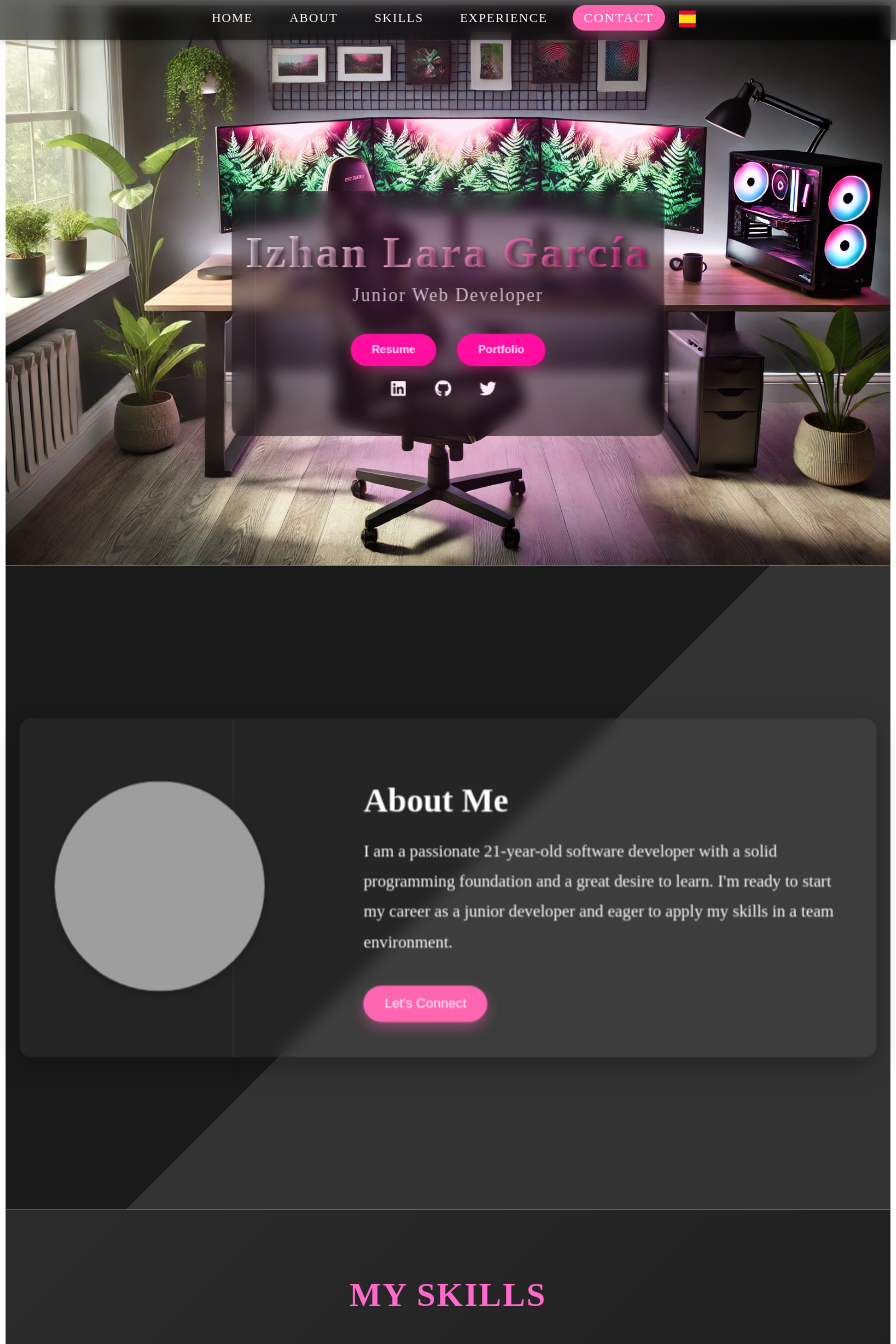
Repository: izhanlaraagarcia/izhanlaraagarcia.github.io
Page: / (app in vite-project/)
The author's editor kept a copy of each file at every save. The page is drawn from the files as they stood at one save, then again after the next save.
The browser window is 1280 px wide. The pictures show the part of the page from y = 0 to 1920 px (the page is 3164 px tall), at 70% of full size.
Pictures or frames that could not be fetched are drawn as grey boxes. The project was rebuilt for these pictures with package versions that can differ from the ones it lists, and the page was loaded fresh each time. Also part of the build but not shown: vite-project/vite.config.js.

Above is the page before, as saved 2024-09-18 12:56:03.

### vite-project/index.html
<!doctype html>
<html lang="en">

<head>
  <meta charset="UTF-8" />
  <link rel="shortcut icon" href="./public/favicon.ico" type="image/x-icon">
  <meta name="viewport" content="width=device-width, initial-scale=1.0" />
  <title>IzzyLG</title>
</head>

<body>
  <div id="root"></div>
  <script type="module" src="/src/main.jsx"></script>
</body>

</html>

### vite-project/src/App.jsx
// App.js
import React, { useState } from 'react';
import HeaderComponent from './components/HeaderComponent';

function App() {
  const [language, setLanguage] = useState('en');

  const toggleLanguage = () => {
    setLanguage(prevLang => (prevLang === 'en' ? 'es' : 'en'));
  };
  return (
    <div className="App">
      <HeaderComponent onLanguageToggle={toggleLanguage} />
    </div>
  );
}

export default App;

### vite-project/src/components/HeaderComponent.jsx
import React, { useState } from 'react';
import { motion } from 'framer-motion';
import { Link } from 'react-scroll';
import { FaLinkedin, FaGithub, FaTwitter } from 'react-icons/fa';
import USFlag from '../assets/us-flag.png';
import ESFlag from '../assets/es-flag.png';

// Componentes para la traduccion
import AboutComponent from './AboutComponent';
import SkillsComponent from './SkillsComponent';
import FooterComponent from './FooterComponent';;

const HeaderComponent = () => {
  const [language, setLanguage] = useState('en');

  const translations = {
    en: {
      name: "Izhan Lara García",
      title: "Junior Web Developer",
      resume: "Resume",
      portfolio: "Portfolio",
      menu: {
        home: "Home",
        about: "About",
        skills: "Skills",
        experience: "Experience",
        contact: "Contact",
      },
      about: {
        title: "About Me",
        description: "I am a passionate web developer with a love for creating dynamic and interactive web experiences. With over 5 years of experience in web development, I specialize in React, JavaScript, and CSS animations. My goal is to craft meaningful and visually stunning websites.",
        skills: "Skills & Expertise",
        skillsList: ["Web Development", "UI/UX Design", "JavaScript", "React", "CSS Animations"],
        button: "Contact Me",
      },
    },
    es: {
      name: "Izhan Lara García",
      title: "Desarrollador Web Junior",
      resume: "Currículum",
      portfolio: "Portafolio",
      menu: {
        home: "Inicio",
        about: "Sobre mí",
        skills: "Habilidades",
        experience: "Experiencia",
        contact: "Contacto",
      },
      about: {
        title: "Sobre Mí",
        description: "Soy un desarrollador web apasionado con amor por crear experiencias web dinámicas e interactivas. Con más de 5 años de experiencia en desarrollo web, me especializo en React, JavaScript y animaciones CSS. Mi objetivo es crear sitios web significativos y visualmente impactantes.",
        skills: "Habilidades & Experiencia",
        skillsList: ["Desarrollo Web", "Diseño UI/UX", "JavaScript", "React", "Animaciones CSS"],
        button: "Contáctame",
      },
    },
  };

  const toggleLanguage = () => {
    setLanguage((prevLang) => (prevLang === 'en' ? 'es' : 'en'));
  };

  return (
    <>
      <header className="header" id="header">
        <nav className="nav">
          <ul className="nav-list">
            <li><Link to="header" smooth={true}>{translations[language].menu.home}</Link></li>
            <li><Link to="about" smooth={true}>{translations[language].menu.about}</Link></li>
            <li><Link to="skills" smooth={true}>{translations[language].menu.skills}</Link></li>
            <li><Link to="experience" smooth={true}>{translations[language].menu.experience}</Link></li>
            <li><Link to="footer" smooth={true} className="contact-btn">{translations[language].menu.contact}</Link></li>

            <li className="lang-btn-wrapper">
              <button className="lang-btn" onClick={toggleLanguage}>
                {language === 'en' ? (
                  <img src={ESFlag} alt="Spanish Flag" className="flag-icon" />
                ) : (
                  <img src={USFlag} alt="US Flag" className="flag-icon" />
                )}
              </button>
            </li>
          </ul>
        </nav>

        <motion.div
          className="header-content"
          initial={{ opacity: 0 }}
          animate={{ opacity: 1 }}
          transition={{ duration: 1.5 }}
        >
          <motion.h1
            className="header-title"
            initial={{ scale: 0, y: -100 }}
            animate={{ scale: [1.2, 1], y: 0 }}
            transition={{ duration: 1, ease: "easeOut" }}
            whileHover={{ scale: 1.05, color: "#f09" }}
          >
            {translations[language].name}
          </motion.h1>

          <p className="header-subtitle">
            {translations[language].title}
          </p>

          <div className="header-buttons">
            <motion.button whileHover={{ scale: 1.1 }} className="btn">
              {translations[language].resume}
            </motion.button>
            <motion.button whileHover={{ scale: 1.1 }} className="btn">
              {translations[language].portfolio}
            </motion.button>
          </div>

          <div className="social-icons">
            <motion.a href="https://linkedin.com" target="_blank" whileHover={{ scale: 1.1 }}><FaLinkedin /></motion.a>
            <motion.a href="https://github.com" target="_blank" whileHover={{ scale: 1.1 }}><FaGithub /></motion.a>
            <motion.a href="https://twitter.com" target="_blank" whileHover={{ scale: 1.1 }}><FaTwitter /></motion.a>
          </div>
        </motion.div>
      </header>

      {/* Pasa el estado de idioma y las traducciones al componente About */}
      <AboutComponent language={language} translations={translations} />
      <SkillsComponent language={language} />
      <FooterComponent language={language} />
    </>
  );
};

export default HeaderComponent;

### vite-project/src/components/AboutComponent.jsx
import React from 'react';
import { motion } from 'framer-motion';

// Variantes de animación para un efecto impresionante
const containerVariants = {
  hidden: { opacity: 0, y: 100 },
  visible: {
    opacity: 1,
    y: 0,
    transition: { duration: 1.2, ease: "easeOut", when: "beforeChildren", staggerChildren: 0.3 }
  },
};

const textVariants = {
  hidden: { opacity: 0, y: 20 },
  visible: { opacity: 1, y: 0, transition: { duration: 1, ease: "easeOut" } }
};

const buttonVariants = {
  hover: {
    scale: 1.1,
    backgroundColor: "#ff66b2",
    transition: { duration: 0.3, yoyo: Infinity }
  }
};

const AboutComponent = ({ language }) => {
  const translations = {
    en: {
      title: "About Me",
      description: "I am a passionate 21-year-old software developer with a solid programming foundation and a great desire to learn. I'm ready to start my career as a junior developer and eager to apply my skills in a team environment.",
      button: "Let's Connect",
    },
    es: {
      title: "Sobre Mí",
      description: "Soy un apasionado desarrollador de software de 21 años con una sólida base en programación y un gran deseo de aprender. Estoy listo para comenzar mi carrera como desarrollador junior y aplicar mis habilidades en un entorno de equipo.",
      button: "Conectemos",
    },
  };

  const t = translations[language] || translations['en'];

  return (
    <section id="about" className="about-section">
      <motion.div
        className="about-content"
        variants={containerVariants}
        initial="hidden"
        animate="visible"
      >
        <motion.div
          className="profile-image-wrapper"
          whileHover={{ scale: 1.05, rotate: 3 }}
          transition={{ duration: 0.6, ease: "easeOut" }}
        >
          <img
            src="https://fiverr-res.cloudinary.com/images/t_main1,q_auto,f_auto,q_auto,f_auto/gigs/343888962/original/6390876df1dceff78be91e8b27e84e33a85e5248/design-animated-discord-pfp-banner-avatar-and-icon.jpg"
            alt="Profile"
            className="profile-image"
          />
        </motion.div>

        <motion.div className="about-text" variants={textVariants}>
          <h2 className="about-title">{t.title}</h2>
          <p className="about-description">{t.description}</p>

          <motion.button
            className="contact-btn"
            variants={buttonVariants}
            whileHover="hover"
          >
            {t.button}
          </motion.button>
        </motion.div>
      </motion.div>
    </section>
  );
};

export default AboutComponent;

### vite-project/src/components/SkillsComponent.jsx
import React from 'react';
import { motion } from 'framer-motion';

const SkillsComponent = ({ language }) => {
  // Traducciones para los títulos y habilidades
  const translations = {
    en: {
      title: 'My Skills',
      skills: [
        { name: 'Problem Solving', level: '90%' },
        { name: 'Communication', level: '85%' },
        { name: 'Work under Pressure', level: '80%' },
        { name: 'Technical Knowledge', level: '75%' },
        { name: 'Continuous Learning', level: '85%' },
        { name: 'Teamwork', level: '80%' },
      ],
    },
    es: {
      title: 'Mis Habilidades',
      skills: [
        { name: 'Resolución de problemas', level: '90%' },
        { name: 'Comunicación', level: '85%' },
        { name: 'Trabajo bajo presión', level: '80%' },
        { name: 'Conocimiento técnico', level: '75%' },
        { name: 'Aprendizaje continuo', level: '85%' },
        { name: 'Trabajo en equipo', level: '80%' },
      ],
    },
  };

  const t = translations[language] || translations.en; // Traducción en función del idioma

  const containerVariants = {
    hidden: { opacity: 0 },
    visible: {
      opacity: 1,
      transition: { staggerChildren: 0.2, delayChildren: 0.5 },
    },
  };

  const barVariants = {
    hidden: { width: '0%' },
    visible: (level) => ({
      width: level,
      transition: { duration: 2, type: 'spring', stiffness: 100 },
    }),
  };

  return (
    <motion.section
      id="skills"
      className="skills full-screen"
      initial="hidden"
      animate="visible"
      variants={containerVariants}
    >
      <motion.h3
        className="skills-title"
        initial={{ scale: 0 }}
        animate={{ scale: 1 }}
        transition={{ type: 'spring', stiffness: 200, duration: 1.5 }}
      >
        {t.title} {/* Título en función del idioma */}
      </motion.h3>

      <div className="skill-bars">
        {t.skills.map((skill, idx) => (
          <div key={idx} className="skill">
            <motion.span
              className="skill-name"
              initial={{ opacity: 0, y: -50 }}
              animate={{ opacity: 1, y: 0 }}
              transition={{ duration: 1, ease: 'easeOut' }}
            >
              {skill.name} {/* Nombre de la habilidad traducida */}
            </motion.span>
            <motion.div
              className="bar"
              custom={skill.level}
              variants={barVariants}
              initial="hidden"
              animate="visible"
            />
          </div>
        ))}
      </div>
    </motion.section>
  );
};

export default SkillsComponent;

### vite-project/src/components/FooterComponent.jsx
import React from 'react';
import { motion } from 'framer-motion';
import { FaEnvelope, FaPhone, FaLinkedin, FaGithub } from 'react-icons/fa';

const FooterComponent = ({ language }) => {
  // Traducciones para el footer
  const translations = {
    en: {
      contactTitle: "Contact Me",
      location: "Izhan Lara García | Palma de Mallorca",
      email: "Email: izhanlara@gmail.com",
      phone: "Phone: +34 672 486 479",
      messageTitle: "Send a Message",
      followTitle: "Follow Me",
    },
    es: {
      contactTitle: "Contáctame",
      location: "Izhan Lara García | Palma de Mallorca",
      email: "Correo Electrónico: izhanlara@gmail.com",
      phone: "Teléfono: +34 672 486 479",
      messageTitle: "Envíame un Mensaje",
      followTitle: "Sígueme",
    },
  };

  const t = translations[language] || translations.en; // Traducción en función del idioma

  return (
    <motion.footer
      id="footer"
      className="footer"
      initial={{ opacity: 0 }}
      whileInView={{ opacity: 1 }}
      transition={{ duration: 1 }}
    >
      <div className="footer-content">
        <div className="contact-info">
          <h3>{t.contactTitle}</h3>
          <p>{t.location}</p>
          <p><FaEnvelope /> {t.email}</p>
          <p><FaPhone /> {t.phone}</p>
        </div>

        <div className="contact-form">
          <h3>{t.messageTitle}</h3>
          <form>
            <input type="text" placeholder={language === 'en' ? "Your Name" : "Tu Nombre"} required />
            <input type="email" placeholder={language === 'en' ? "Your Email" : "Tu Correo Electrónico"} required />
            <textarea placeholder={language === 'en' ? "Your Message" : "Tu Mensaje"} required></textarea>
            <motion.button
              type="submit"
              whileHover={{ scale: 1.05 }}
              transition={{ duration: 0.3 }}
              className="submit-btn"
            >
              {language === 'en' ? "Send" : "Enviar"}
            </motion.button>
          </form>
        </div>

        <div className="social-links">
          <h3>{t.followTitle}</h3>
          <motion.a
            whileHover={{ scale: 1.2 }}
            transition={{ duration: 0.3 }}
            href="https://linkedin.com"
            aria-label="LinkedIn"
          >
            <FaLinkedin />
          </motion.a>
          <motion.a
            whileHover={{ scale: 1.2 }}
            transition={{ duration: 0.3 }}
            href="https://github.com"
            aria-label="GitHub"
          >
            <FaGithub />
          </motion.a>
        </div>
      </div>

      <div className="footer-bottom">
        <p>&copy; {new Date().getFullYear()} Izhan Lara García</p>
      </div>
    </motion.footer>
  );
};

export default FooterComponent;

Loaded but not shown: vite-project/src/main.jsx (common file); vite-project/src/index.css (522 lines, source omitted)

After the next save:
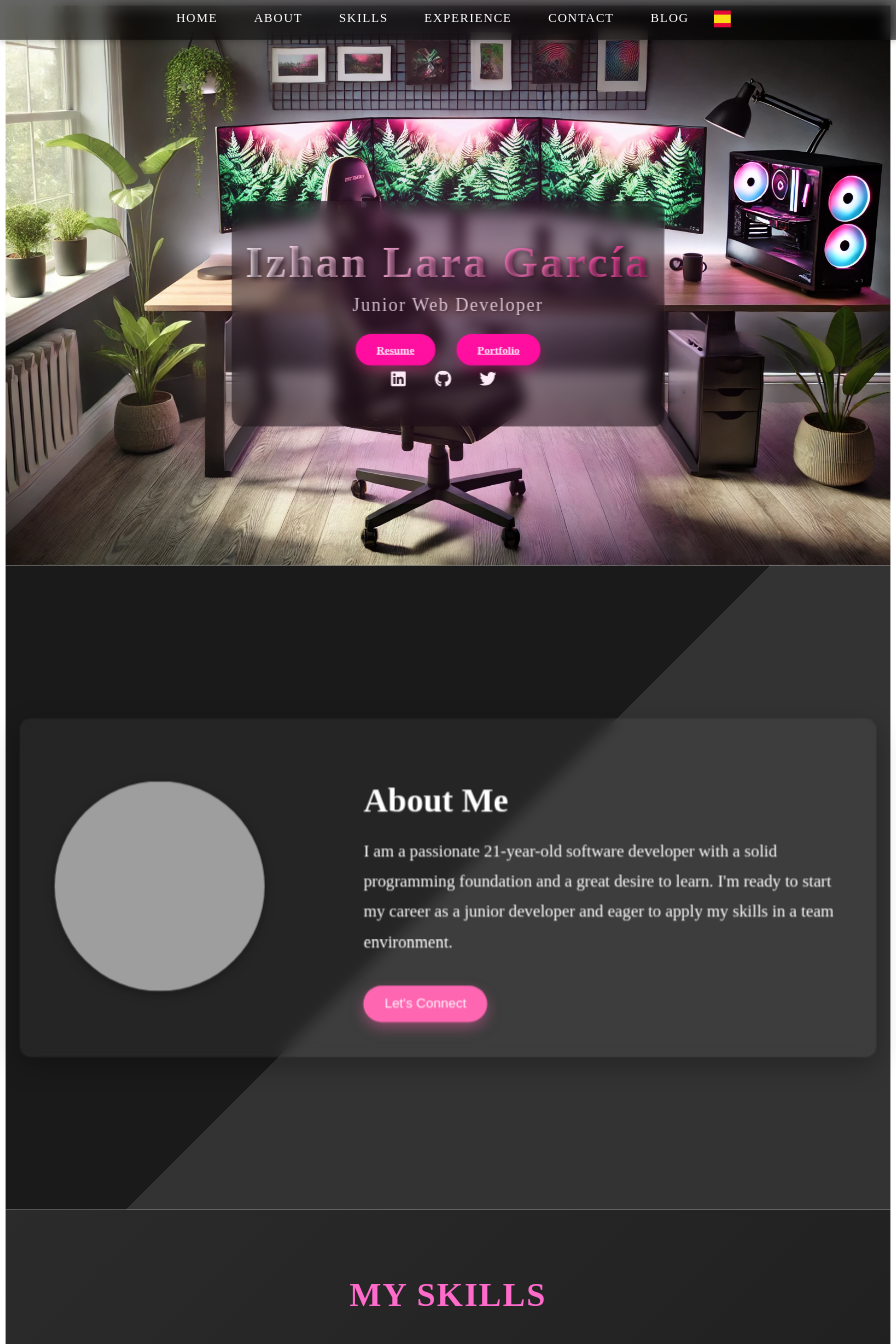
Saved 3 min 49 s later.
--- a/vite-project/src/components/HeaderComponent.jsx
+++ b/vite-project/src/components/HeaderComponent.jsx
@@ -4,11 +4,9 @@ import { Link } from 'react-scroll';
 import { FaLinkedin, FaGithub, FaTwitter } from 'react-icons/fa';
 import USFlag from '../assets/us-flag.png';
 import ESFlag from '../assets/es-flag.png';
-
-// Componentes para la traduccion
 import AboutComponent from './AboutComponent';
 import SkillsComponent from './SkillsComponent';
-import FooterComponent from './FooterComponent';;
+import FooterComponent from './FooterComponent';
 
 const HeaderComponent = () => {
   const [language, setLanguage] = useState('en');
@@ -19,6 +17,7 @@ const HeaderComponent = () => {
       title: "Junior Web Developer",
       resume: "Resume",
       portfolio: "Portfolio",
+      blog: "Blog",
       menu: {
         home: "Home",
         about: "About",
@@ -26,32 +25,19 @@ const HeaderComponent = () => {
         experience: "Experience",
         contact: "Contact",
       },
-      about: {
-        title: "About Me",
-        description: "I am a passionate web developer with a love for creating dynamic and interactive web experiences. With over 5 years of experience in web development, I specialize in React, JavaScript, and CSS animations. My goal is to craft meaningful and visually stunning websites.",
-        skills: "Skills & Expertise",
-        skillsList: ["Web Development", "UI/UX Design", "JavaScript", "React", "CSS Animations"],
-        button: "Contact Me",
-      },
     },
     es: {
       name: "Izhan Lara García",
       title: "Desarrollador Web Junior",
       resume: "Currículum",
       portfolio: "Portafolio",
+      blog: "Blog",
       menu: {
         home: "Inicio",
         about: "Sobre mí",
         skills: "Habilidades",
         experience: "Experiencia",
         contact: "Contacto",
-      },
-      about: {
-        title: "Sobre Mí",
-        description: "Soy un desarrollador web apasionado con amor por crear experiencias web dinámicas e interactivas. Con más de 5 años de experiencia en desarrollo web, me especializo en React, JavaScript y animaciones CSS. Mi objetivo es crear sitios web significativos y visualmente impactantes.",
-        skills: "Habilidades & Experiencia",
-        skillsList: ["Desarrollo Web", "Diseño UI/UX", "JavaScript", "React", "Animaciones CSS"],
-        button: "Contáctame",
       },
     },
   };
@@ -69,8 +55,9 @@ const HeaderComponent = () => {
             <li><Link to="about" smooth={true}>{translations[language].menu.about}</Link></li>
             <li><Link to="skills" smooth={true}>{translations[language].menu.skills}</Link></li>
             <li><Link to="experience" smooth={true}>{translations[language].menu.experience}</Link></li>
-            <li><Link to="footer" smooth={true} className="contact-btn">{translations[language].menu.contact}</Link></li>
-
+            <li><Link to="footer" smooth={true}>{translations[language].menu.contact}</Link></li>
+            {/* Nuevo enlace a la página de Blog */}
+            <li><a href="/blog" target="_blank" rel="noopener noreferrer">{translations[language].blog}</a></li>
             <li className="lang-btn-wrapper">
               <button className="lang-btn" onClick={toggleLanguage}>
                 {language === 'en' ? (
@@ -83,45 +70,71 @@ const HeaderComponent = () => {
           </ul>
         </nav>
 
+        {/* Animaciones suaves y contenido del header */}
         <motion.div
           className="header-content"
-          initial={{ opacity: 0 }}
-          animate={{ opacity: 1 }}
+          initial={{ opacity: 0, y: 50 }}
+          animate={{ opacity: 1, y: 0 }}
           transition={{ duration: 1.5 }}
         >
           <motion.h1
             className="header-title"
-            initial={{ scale: 0, y: -100 }}
-            animate={{ scale: [1.2, 1], y: 0 }}
+            initial={{ scale: 0.8 }}
+            animate={{ scale: 1 }}
             transition={{ duration: 1, ease: "easeOut" }}
-            whileHover={{ scale: 1.05, color: "#f09" }}
           >
             {translations[language].name}
           </motion.h1>
 
-          <p className="header-subtitle">
+          <motion.p
+            className="header-subtitle"
+            initial={{ opacity: 0 }}
+            animate={{ opacity: 1 }}
+            transition={{ delay: 0.5, duration: 1 }}
+          >
             {translations[language].title}
-          </p>
+          </motion.p>
 
-          <div className="header-buttons">
-            <motion.button whileHover={{ scale: 1.1 }} className="btn">
+          {/* Botones de "Resume" y "Portfolio" */}
+          <motion.div
+            className="header-buttons"
+            initial={{ opacity: 0, y: 20 }}
+            animate={{ opacity: 1, y: 0 }}
+            transition={{ delay: 1, duration: 1 }}
+          >
+            <motion.a
+              href="path-to-resume.pdf"
+              target="_blank"
+              className="btn"
+              whileHover={{ scale: 1.1 }}
+            >
               {translations[language].resume}
-            </motion.button>
-            <motion.button whileHover={{ scale: 1.1 }} className="btn">
+            </motion.a>
+            <motion.a
+              href="#portfolio-section"
+              className="btn"
+              whileHover={{ scale: 1.1 }}
+            >
               {translations[language].portfolio}
-            </motion.button>
-          </div>
+            </motion.a>
+          </motion.div>
 
-          <div className="social-icons">
-            <motion.a href="https://linkedin.com" target="_blank" whileHover={{ scale: 1.1 }}><FaLinkedin /></motion.a>
-            <motion.a href="https://github.com" target="_blank" whileHover={{ scale: 1.1 }}><FaGithub /></motion.a>
-            <motion.a href="https://twitter.com" target="_blank" whileHover={{ scale: 1.1 }}><FaTwitter /></motion.a>
-          </div>
+          {/* Redes sociales */}
+          <motion.div
+            className="social-icons"
+            initial={{ opacity: 0 }}
+            animate={{ opacity: 1 }}
+            transition={{ delay: 1.5, duration: 1 }}
+          >
+            <motion.a href="https://linkedin.com" target="_blank" whileHover={{ scale: 1.2 }}><FaLinkedin /></motion.a>
+            <motion.a href="https://github.com" target="_blank" whileHover={{ scale: 1.2 }}><FaGithub /></motion.a>
+            <motion.a href="https://twitter.com" target="_blank" whileHover={{ scale: 1.2 }}><FaTwitter /></motion.a>
+          </motion.div>
         </motion.div>
       </header>
 
-      {/* Pasa el estado de idioma y las traducciones al componente About */}
-      <AboutComponent language={language} translations={translations} />
+      {/* Pasa el estado de idioma a otros componentes */}
+      <AboutComponent language={language} />
       <SkillsComponent language={language} />
       <FooterComponent language={language} />
     </>
